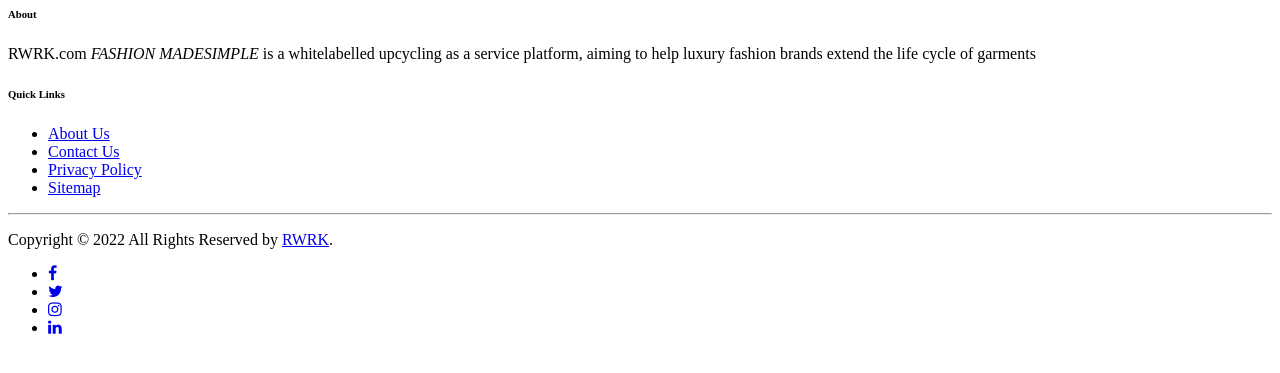
Repository: undeaDD/RWRK
Page: assets/parts/footer.html
These files come from the project's save history. The page is drawn as it stood at one moment and after the next save; the edit follows.
The browser window is 1280 px wide. The pictures show the whole page.

Above is the page before, as saved 2022-04-29 07:47:33.

### assets/parts/footer.html
<link rel="stylesheet" href="https://cdnjs.cloudflare.com/ajax/libs/font-awesome/4.7.0/css/font-awesome.min.css">
<div style="height: 300px; width: 100%;" class="bg-dark">
     <!-- Site footer -->
     <footer class="site-footer">
        <div class="container">
          <div class="row">
            <div class="col-sm-12 col-md-6">
              <h6>About</h6>
              <p class="text-justify">RWRK.com <i>FASHION MADESIMPLE </i> is a whitelabelled upcycling as a service platform, aiming to help luxury fashion brands extend the life cycle of garments</p>
            </div>



            <div class="col-xs-6 col-md-3">
              <h6>Quick Links</h6>
              <ul class="footer-links">
                <li><a href="aboutus.html">About Us</a></li>
                <li><a href="http://scanfcode.com/contact/">Contact Us</a></li>
                <li><a href="http://scanfcode.com/contribute-at-scanfcode/">Privacy Policy</a></li>
                <li><a href="http://scanfcode.com/sitemap/">Sitemap</a></li>
              </ul>
            </div>
          </div>
          <hr>
        </div>
        <div class="container">
          <div class="row">
            <div class="col-md-8 col-sm-6 col-xs-12">
              <p class="copyright-text">Copyright &copy; 2022 All Rights Reserved by
           <a href="#">RWRK</a>.
              </p>
            </div>

            <div class="col-md-4 col-sm-6 col-xs-12">
              <ul class="social-icons">
                <li><a class="facebook" href="#"><i class="fa fa-facebook"></i></a></li>
                <li><a class="twitter" href="#"><i class="fa fa-twitter"></i></a></li>
                <li><a class="instagram" href="#"><i class="fa fa-instagram"></i></a></li>
                <li><a class="linkedin" href="#"><i class="fa fa-linkedin"></i></a></li>
              </ul>
            </div>
          </div>
        </div>
  </footer>

</div>

After the next save:
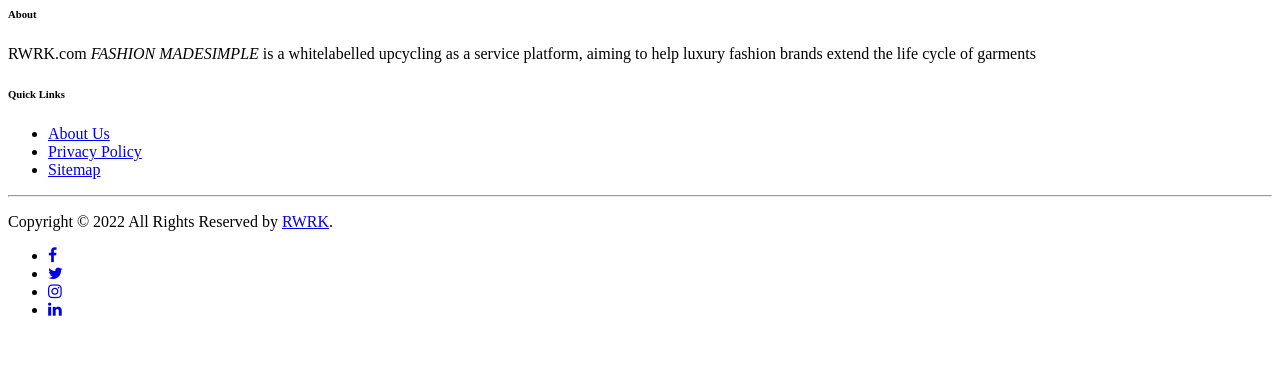
Saved 35 s later.
--- a/assets/parts/footer.html
+++ b/assets/parts/footer.html
@@ -15,7 +15,6 @@
               <h6>Quick Links</h6>
               <ul class="footer-links">
                 <li><a href="aboutus.html">About Us</a></li>
-                <li><a href="http://scanfcode.com/contact/">Contact Us</a></li>
                 <li><a href="http://scanfcode.com/contribute-at-scanfcode/">Privacy Policy</a></li>
                 <li><a href="http://scanfcode.com/sitemap/">Sitemap</a></li>
               </ul>
